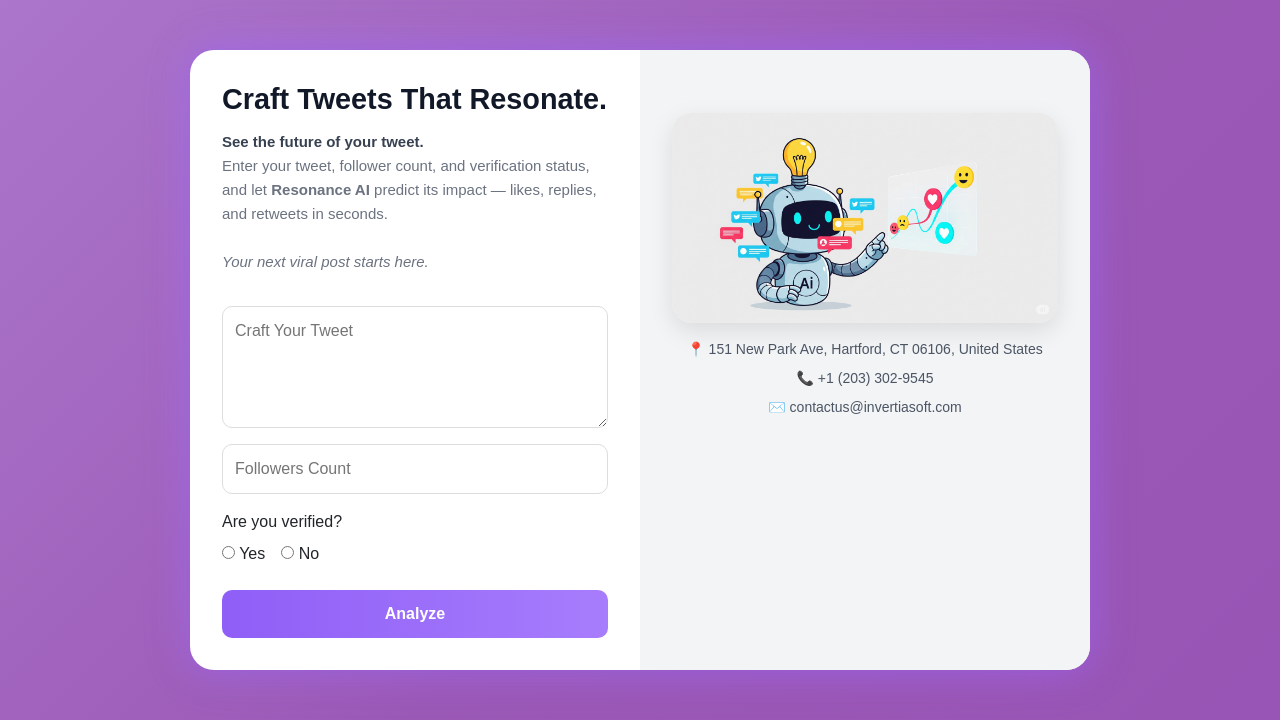
Repository: TannisthaBiswas/ResonanceFrontend
Page: /form
These files come from the project's save history. The page is drawn as it stood at one moment and after the next save; the edit follows.
The browser window is 1280 px wide. The pictures show the whole page.
The project was rebuilt for these pictures with package versions that can differ from the ones it lists, and the page was loaded fresh each time. Some packages were replaced by stand-ins written for this rebuild. Also part of the build but not shown: src/pages/HomePage.js, src/pages/LoadingPage.js, src/pages/ResultPage.js.

Above is the page before, as saved 2025-06-14 21:27:29.

After the next save:
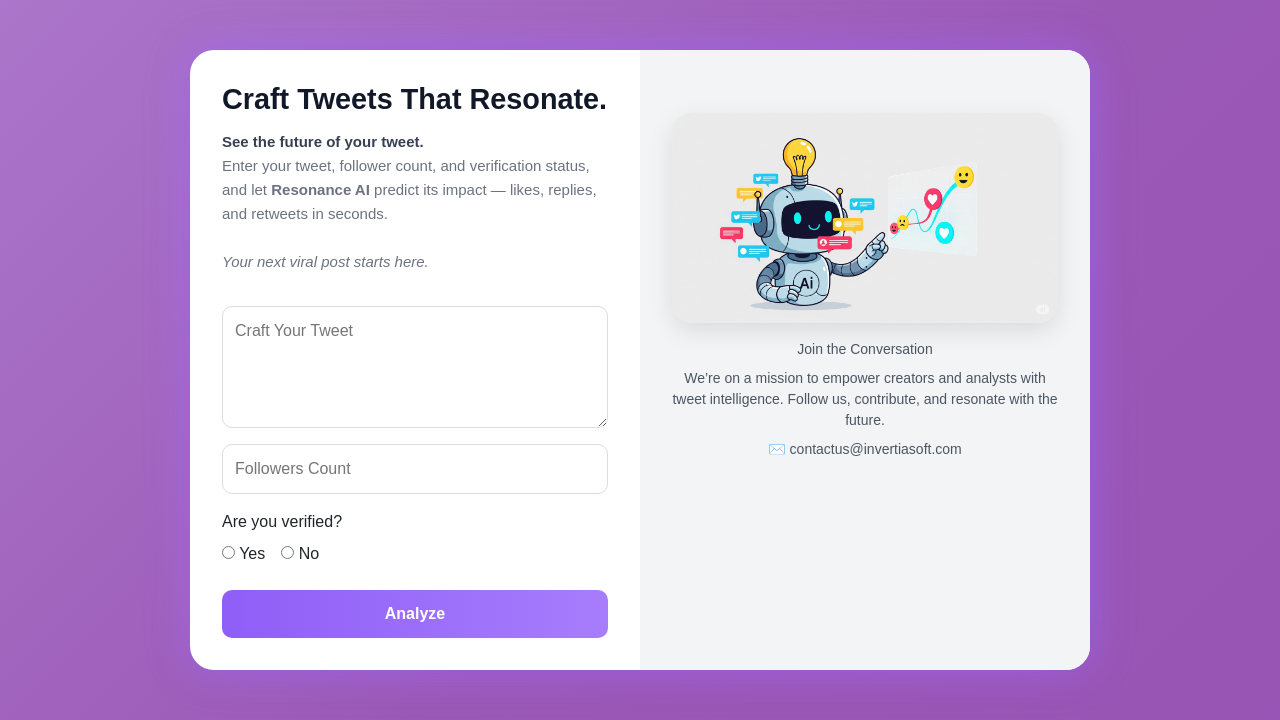
Saved 64 s later.
--- a/src/pages/FormPage.js
+++ b/src/pages/FormPage.js
@@ -219,8 +219,11 @@ const FormPage = () => {
             }}
           />
           <div style={{ fontSize: '14px', color: '#4b5563', textAlign: 'center' }}>
-            <p style={{ marginBottom: '0.5rem' }}>📍 151 New Park Ave, Hartford, CT 06106, United States</p>
-            <p style={{ marginBottom: '0.5rem' }}>📞 +1 (203) 302-9545</p>
+            <p style={{ marginBottom: '0.5rem' }}>Join the Conversation</p>
+            <p style={{ marginBottom: '0.5rem' }}>We’re on a mission to empower creators and analysts with tweet intelligence.
+Follow us, contribute, and resonate with the future.
+
+</p>
             <p>✉️ contactus@invertiasoft.com</p>
           </div>
         </motion.div>
